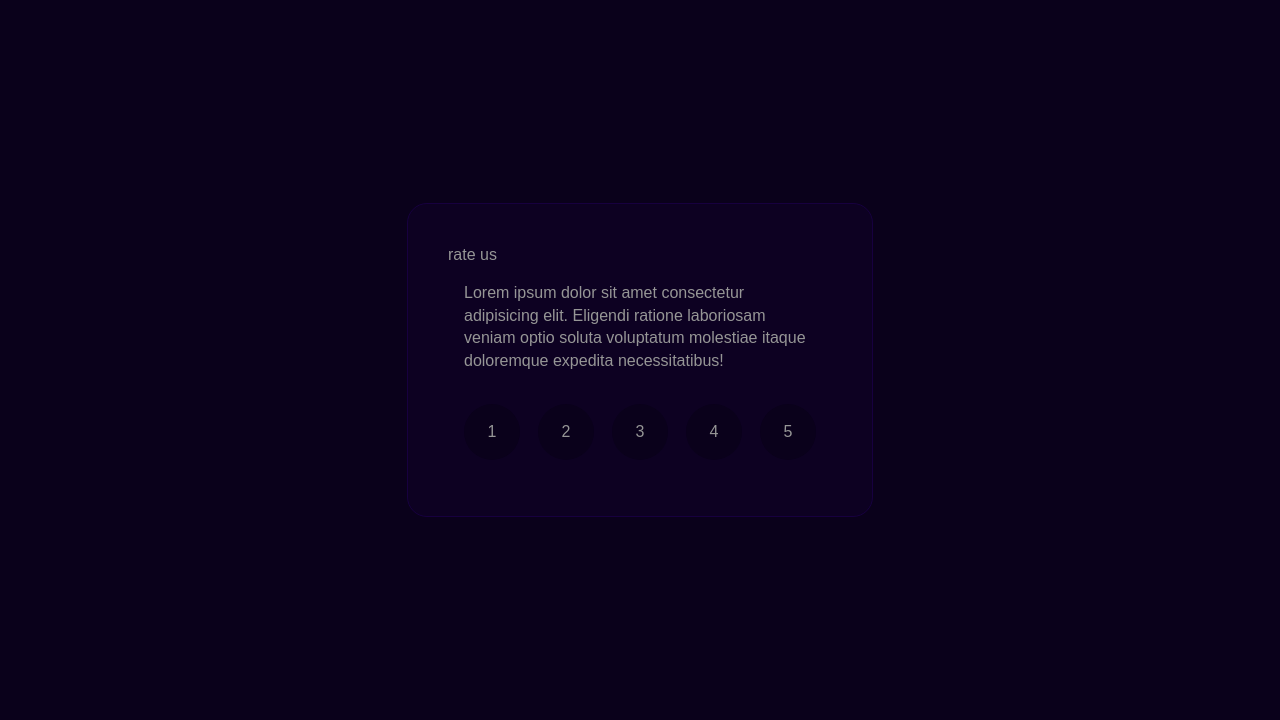
Repository: russel-success/xcodepp-TASK-2
Page: index.html
These files come from the project's save history. The page is drawn as it stood at one moment and after a run of saves; the edit follows.
The browser window is 1280 px wide. The pictures show the whole page.

Above is the page before, as saved 2024-05-24 23:07:44.

After the next 2 saves:
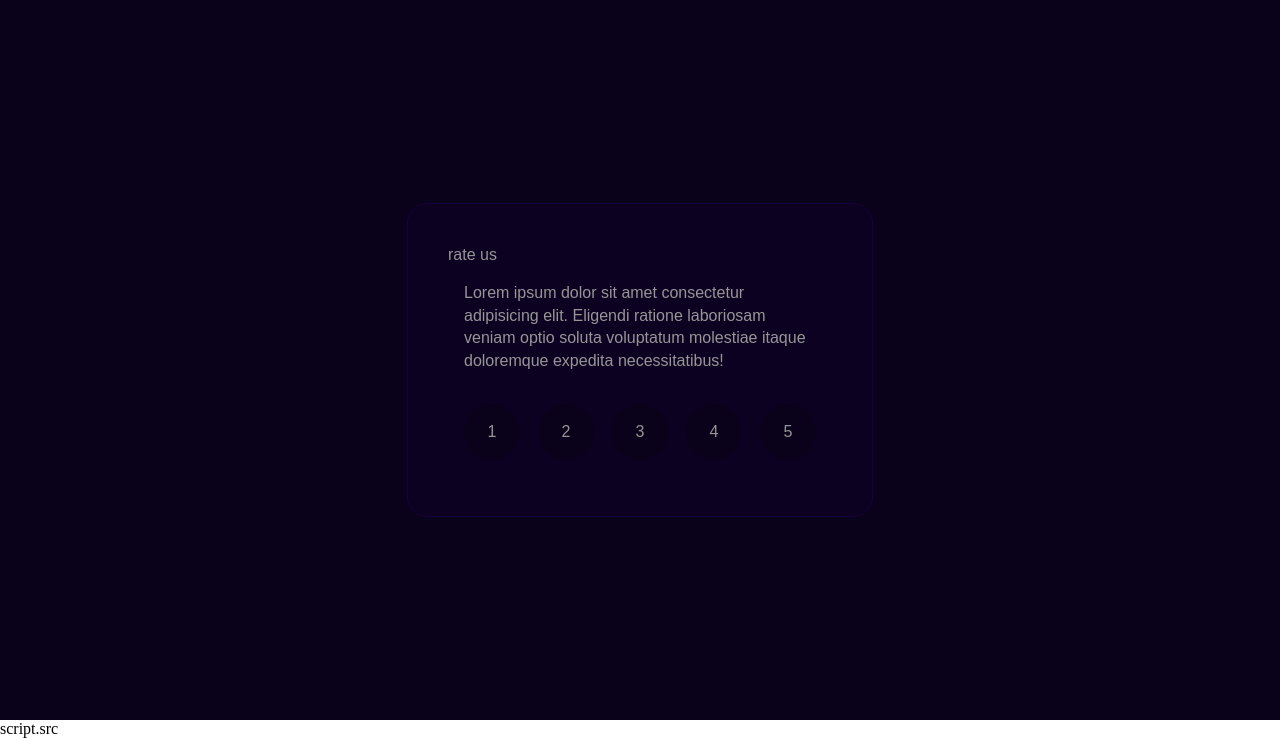
The 2 saves are shown as one change because they came seconds apart.
The last was saved 12 s later.
--- a/index.html
+++ b/index.html
@@ -23,5 +23,6 @@
             </div>
         </div>
     </div>
+    script.src
 </body>
 </html>

After the 2 saves that followed:
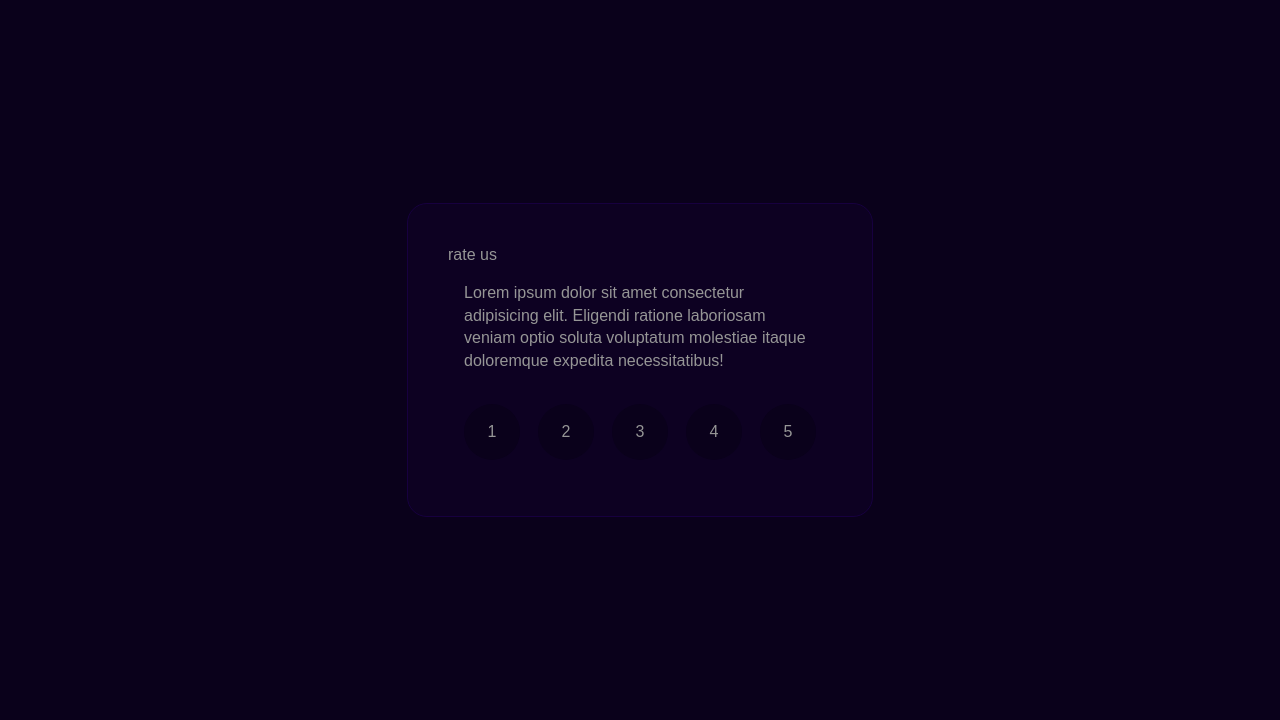
The 2 saves are shown as one change because they came seconds apart.
The last was saved 7 s later.
--- a/index.html
+++ b/index.html
@@ -23,6 +23,6 @@
             </div>
         </div>
     </div>
-    script.src
+    <script</script>
 </body>
 </html>
